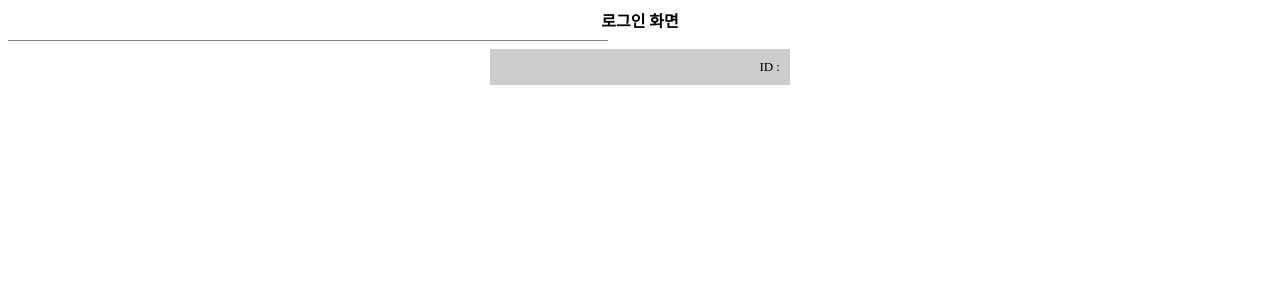
Repository: kalmia26/Capstone
Page: http://localhost/LectureSystem/member.jsp
An editor plug-in stored every save of this project. The page is shown before and after the next save, followed by the edit.
The browser window is 1280 px wide. The pictures show the whole page.
The page is served by Tomcat 9. Other server files are loaded and not shown.

Above is the page before, as saved 2017-05-24 05:05:48.

### LectureSystem/WebContent/member.jsp
<%@ page language="java" contentType="text/html; charset=EUC-KR"
    pageEncoding="EUC-KR"%>
<!DOCTYPE html PUBLIC "-//W3C//DTD HTML 4.01 Transitional//EN" "http://www.w3.org/TR/html4/loose.dtd">
<html>
<head>
<meta http-equiv="Content-Type" content="text/html; charset=EUC-KR">
<title>Insert title here</title>
<style type="text/css">
<!--
	a:link	{font-family:""; color:black; text-decoration:none;}
	a:visited	{font-family:""; color:black; text-decoration:none;}
	a:hover	{font-family:""; color:black; text-decoration:underline;}
-->
</style>

<script language="JavaScript">
function Check() {
	if(Member.id.value.length < 1) {
		alert("아이디를 입력하세요.");
		Member.id.foucs();
		return false;
	}

	if(Member.pass.value.length < 1) {
		alert("비밀번호를 입력하세요.");
		Member.pass.focus();
		return false;
	}
	Member.submit();
}
</script>

</head>
<body>

<center><font size='3'><b>로그인 화면</b></font></center>

<table border='0' width='600' cellpadding='0' cellspacing='0'>
	<tr>
		<td><hr size='1' noshade>
		</td>
	</tr>
</table>

<form name="Member" Method="post" Action="member_ok.jsp">
	<table align=center width='300' border='0' cellpadding='10' cellspacing='0'>
		<tr>
			<td bgcolor='cccccc' align='right'>
				<font size='2'>ID : </font>
	</table>

</form>

</body>
</html>

After the next save:
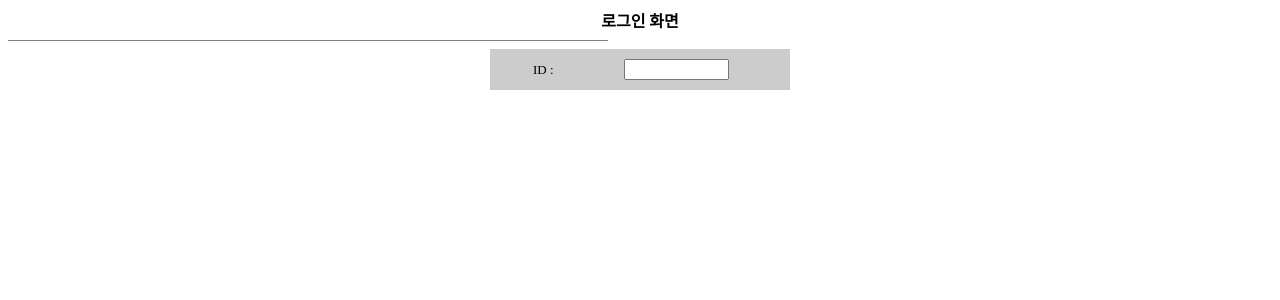
Saved 114 s later.
--- a/LectureSystem/WebContent/member.jsp
+++ b/LectureSystem/WebContent/member.jsp
@@ -47,6 +47,10 @@ function Check() {
 		<tr>
 			<td bgcolor='cccccc' align='right'>
 				<font size='2'>ID : </font>
+			</td>
+			<td bgcolor='cccccc' align='center'>
+				<input type=text maxlength=10 size=10 name=UserId>
+			</td>
 	</table>
 
 </form>
